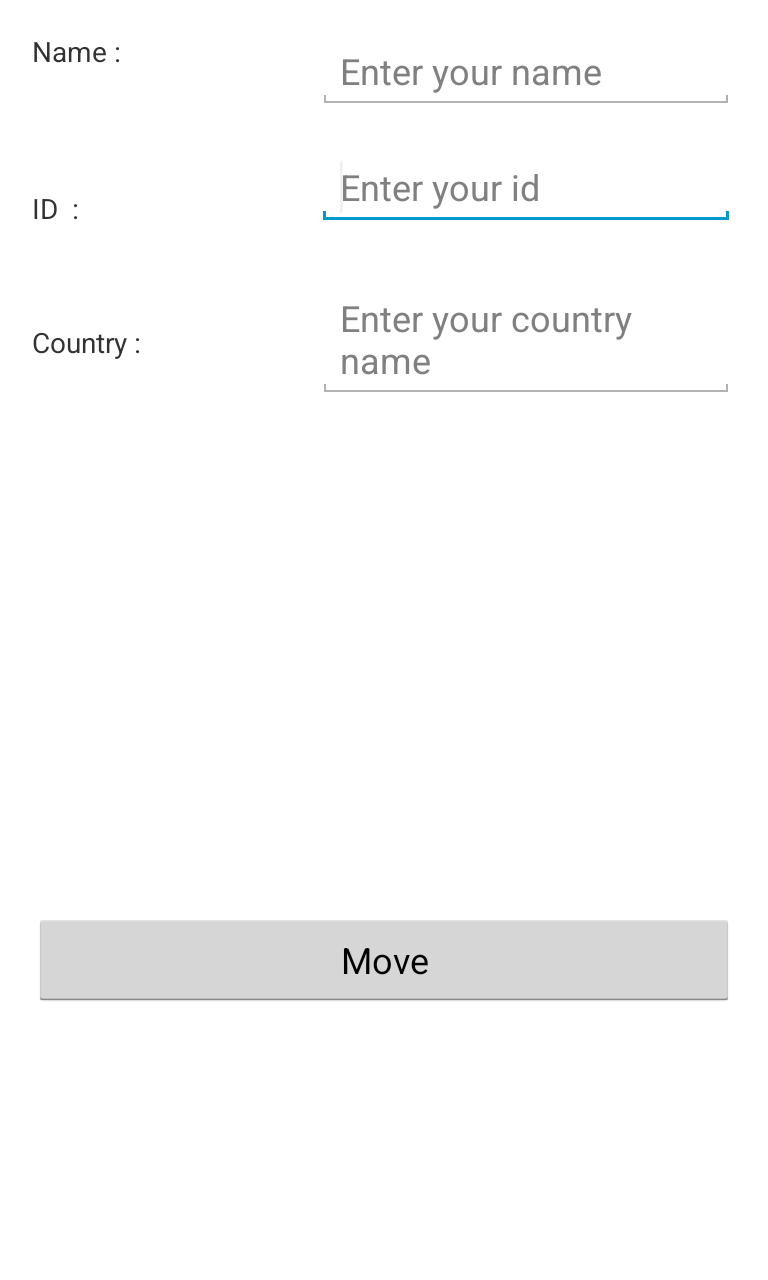
Repository: suzauddola/Android_Apps
Layout: Source/bundle/bandle/res/layout/first.xml
These files come from the project's save history. The layout is drawn as it stood at one moment and after the next save; the edit follows.
It is drawn on a 768 x 1280 px phone screen (xhdpi) without system bars, with theme AppTheme; the app's code is not run.

Above is the layout before, as saved 2013-09-05 02:13:02.

### Source/bundle/bandle/res/layout/first.xml
<RelativeLayout xmlns:android="http://schemas.android.com/apk/res/android"
    xmlns:tools="http://schemas.android.com/tools"
    android:layout_width="match_parent"
    android:layout_height="match_parent"
    android:paddingBottom="@dimen/activity_vertical_margin"
    android:paddingLeft="@dimen/activity_horizontal_margin"
    android:paddingRight="@dimen/activity_horizontal_margin"
    android:paddingTop="@dimen/activity_vertical_margin"
    tools:context=".Main" >

    <TextView
        android:id="@+id/name"
        android:layout_width="wrap_content"
        android:layout_height="wrap_content"
        android:text="Name :    " />

    <EditText
        android:id="@+id/name1"
        android:layout_width="wrap_content"
        android:layout_height="wrap_content"
        android:layout_alignParentRight="true"
        android:layout_alignTop="@+id/name"
        android:ems="10"
        android:hint="Enter your name"/>

    <TextView
        android:id="@+id/tvID"
        android:layout_width="wrap_content"
        android:layout_height="wrap_content"
        android:layout_alignLeft="@+id/name"
        android:layout_below="@+id/name1"
        android:layout_marginTop="39dp"
        android:text="ID  : " />

    <EditText
        android:id="@+id/etID"
        android:layout_width="wrap_content"
        android:layout_height="wrap_content"
        android:layout_alignBottom="@+id/tvID"
        android:layout_alignLeft="@+id/name1"
        android:ems="10"
        android:hint="Enter your id">

        <requestFocus />
    </EditText>

    <Button
        android:id="@+id/button1"
        android:layout_width="fill_parent"
        android:layout_height="wrap_content"
        android:layout_alignLeft="@+id/tvID"
        android:layout_alignParentBottom="true"
        android:layout_marginBottom="120dp"
        android:text="Move" />

    <TextView
        android:id="@+id/tvCountry"
        android:layout_width="wrap_content"
        android:layout_height="wrap_content"
        android:layout_alignParentLeft="true"
        android:layout_below="@+id/tvID"
        android:layout_marginTop="48dp"
        android:text="Country : " />

    <EditText
        android:id="@+id/etCountry"
        android:layout_width="wrap_content"
        android:layout_height="wrap_content"
        android:layout_alignBaseline="@+id/tvCountry"
        android:layout_alignBottom="@+id/tvCountry"
        android:layout_alignLeft="@+id/etID"
        android:ems="10"
        android:hint="Enter your country name"/>

</RelativeLayout>

Loaded but not shown: Source/bundle/bandle/res/values/styles.xml (common file); Source/bundle/bandle/res/values-v11/styles.xml (common file); Source/bundle/bandle/res/values-v14/styles.xml (common file); Source/bundle/bandle/res/values/dimens.xml (common file)

After the next save:
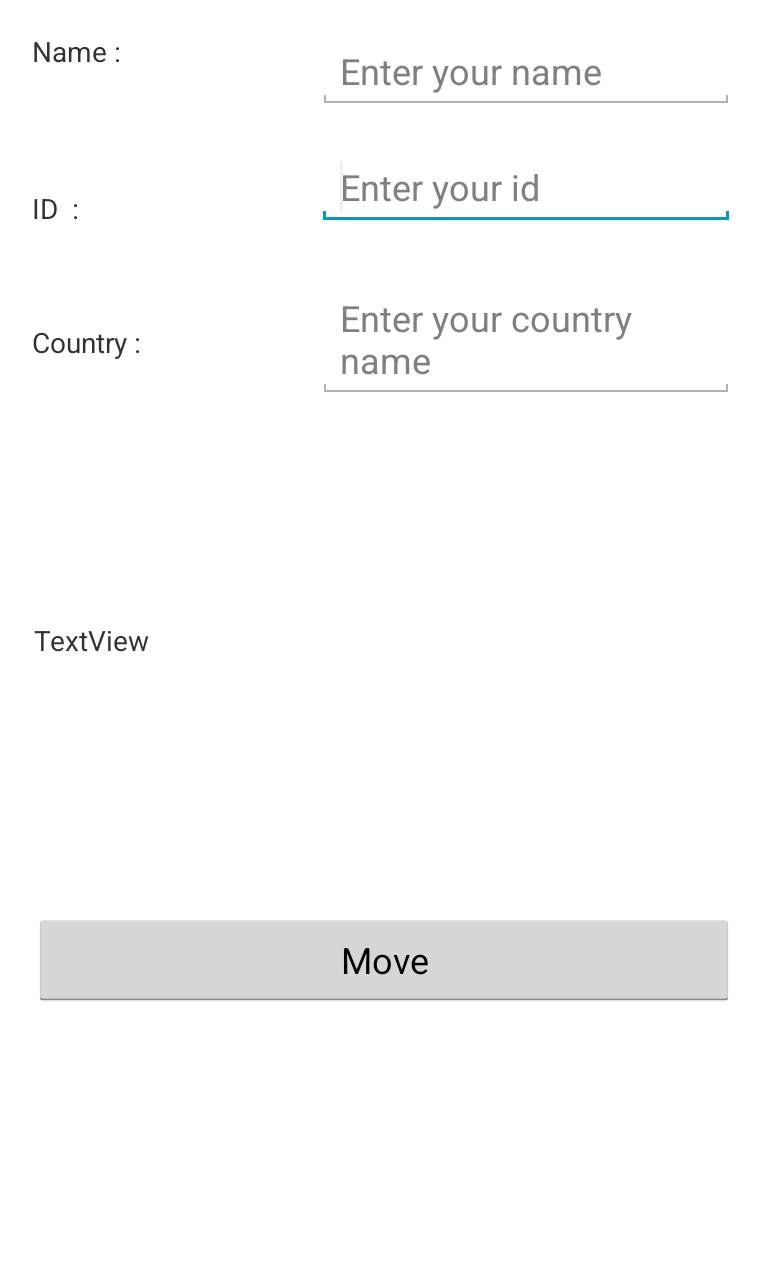
Saved 38 s later.
--- a/Source/bundle/bandle/res/layout/first.xml
+++ b/Source/bundle/bandle/res/layout/first.xml
@@ -72,4 +72,12 @@
         android:ems="10"
         android:hint="Enter your country name"/>
 
+    <TextView
+        android:id="@+id/tvPassword"
+        android:layout_width="wrap_content"
+        android:layout_height="wrap_content"
+        android:layout_alignRight="@+id/name"
+        android:layout_centerVertical="true"
+        android:text="TextView" />
+
 </RelativeLayout>
